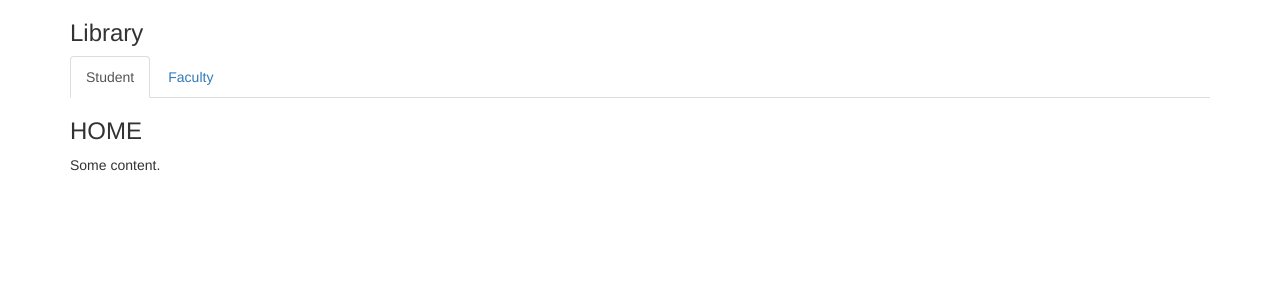
Repository: shrutikk/Library
Page: http://localhost/Library/
The author's editor kept a copy of each file at every save. The page is drawn from the files as they stood at one save, then again after the next save.
The browser window is 1280 px wide. The pictures show the whole page.
The page is served by Tomcat 9. Other server files are loaded and not shown.

Above is the page before, as saved 2015-10-15 19:33:03.

### Library/WebContent/Library.jsp
<%@ page language="java" contentType="text/html; charset=ISO-8859-1"
    pageEncoding="ISO-8859-1"%>
<!DOCTYPE html PUBLIC "-//W3C//DTD HTML 4.01 Transitional//EN" "http://www.w3.org/TR/html4/loose.dtd">
<html>
<head>
<meta http-equiv="Content-Type" content="text/html; charset=ISO-8859-1">
<link rel="stylesheet" href="http://maxcdn.bootstrapcdn.com/bootstrap/3.3.5/css/bootstrap.min.css">
<title>Library</title>
</head>
<body>
<div class="container">
  <h3>Library</h3>
  <ul class="nav nav-tabs">
    <li class="active"><a href="#student-login-form">Student</a></li>
    <li><a href="#">Faculty</a></li>
  </ul>
  <div class="tab-content">
  <div id="student-login-form" class="tab-pane fade in active">
    <h3>HOME</h3>
    <p>Some content.</p>
  </div>
  <div id="menu1" class="tab-pane fade">
    <h3>Menu 1</h3>
    <p>Some content in menu 1.</p>
  </div>
  <div id="menu2" class="tab-pane fade">
    <h3>Menu 2</h3>
    <p>Some content in menu 2.</p>
  </div>
</div>
</div>
</body>
</html>

After the next save:
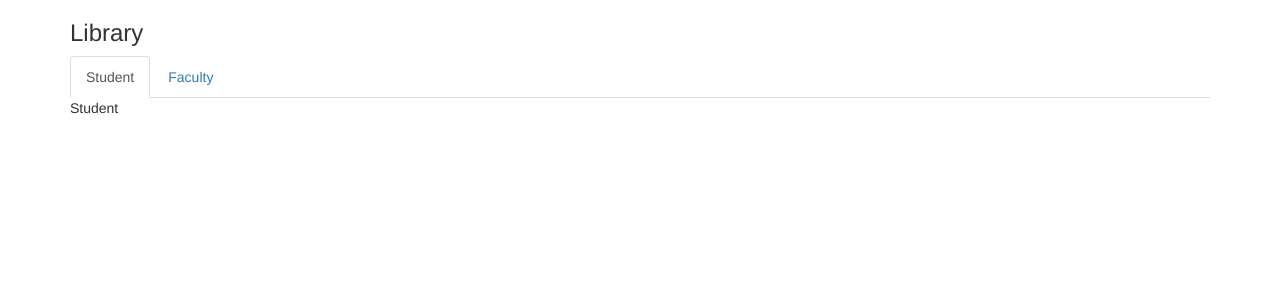
Saved 19 s later.
--- a/Library/WebContent/Library.jsp
+++ b/Library/WebContent/Library.jsp
@@ -16,8 +16,7 @@
   </ul>
   <div class="tab-content">
   <div id="student-login-form" class="tab-pane fade in active">
-    <h3>HOME</h3>
-    <p>Some content.</p>
+    <p>Student</p>
   </div>
   <div id="menu1" class="tab-pane fade">
     <h3>Menu 1</h3>
